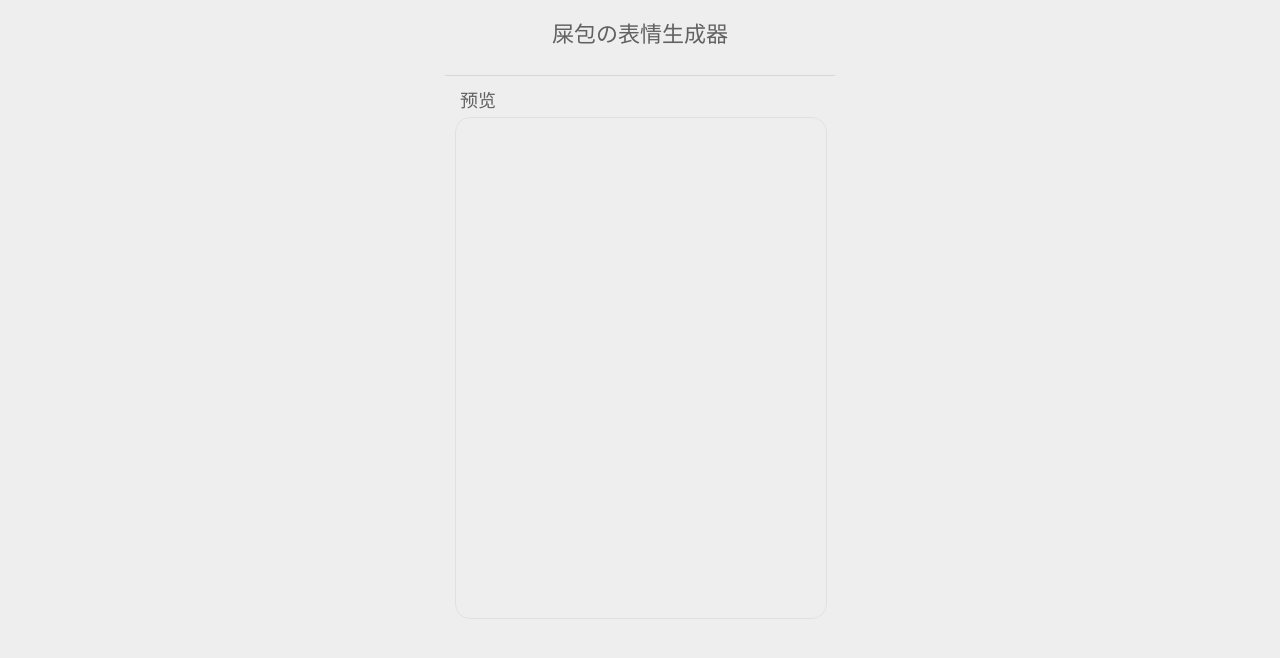
Repository: long-zuyang/shibao
Page: /
An editor plug-in stored every save of this project. The page is shown before and after the next save, followed by the edit.
The browser window is 1280 px wide. The pictures show the whole page.
The project was rebuilt for these pictures with package versions that can differ from the ones it lists, and the page was loaded fresh each time. Also part of the build but not shown: vite.config.ts.

Above is the page before, as saved 2023-06-29 21:05:48.
Console error (its wording comes from the project's code and is left out).

### src/main.tsx
import React from 'react';
import ReactDOM from 'react-dom/client';
import 'normalize.css';
import App from './App.tsx';

ReactDOM.createRoot(document.getElementById('root') as HTMLElement).render(
  <React.StrictMode>
    <App />
  </React.StrictMode>
);

### src/App.tsx
// import { useState } from 'react';
import { Flex, Image } from 'react-vant';
import React, { useRef, useEffect } from 'react';
import './App.less';

import CanvasDrow from './components/CanvasDraw';

// function App() {
//   // const [count, setCount] = useState(0);
//   // console.log(document.getElementById('cvs'));

// }

class App extends React.Component {
  state = {};

  componentDidMount() {
    // console.log(document.getElementById('cvs'));
  }

  render() {
    console.log('渲染');

    return (
      <div className="main">
        <div className="top">
          <div className="name">屎包の表情生成器</div>
        </div>
        <div className="container">
          <span className="tips">预览</span>
          <CanvasDrow />
        </div>
      </div>
    );
  }
}

export default App;

### src/App.less
html,
body {
  background-color: #eee;
  .main {
    width: 390px;
    margin: 0 auto;
    .top {
      height: 75px;
      position: relative;
      border-bottom: 1px solid rgb(219, 214, 214);
      .name {
        color: #616161;
        font-size: 22px;
        text-align: center;
        position: absolute;
        width: 100%;
        padding-top: 22px;
        font-family: 微软雅黑;
      }
    }
    .container {
      margin-top: 15px;
      padding: 0 10px;
      .tips {
        font-size: 18px;
        margin: 0px 5px;
        color: #616161;
        font-family: 微软雅黑;
      }
      canvas {
        margin-top: 5px;
        height: 500px;
        width: 370px;
        border: 1px solid rgba(223, 223, 223, 0.9);
        border-radius: 15px;
      }
    }
  }
}

### src/components/CanvasDraw.tsx
import { useRef, useEffect } from 'react';
import BaseImg from '../assets/base.jpg';

function CanvasDrow() {
  const canvasRef = useRef<HTMLCanvasElement>(null);

  useEffect(() => {
    if (!canvasRef.current) {
      return;
    }

    const canvas = canvasRef.current;
    const ctx = canvas.getContext('2d');

    // 创建头像图片
    const headImg = new Image();
    headImg.src = BaseImg;

    // 图片加载完成后绘制图片
    headImg.onload = () => {
      ctx?.drawImage(headImg,);
    };
  }, []);

  return <canvas ref={canvasRef} />;
}

export default CanvasDrow;

Loaded but not shown: index.html (common file)

After the next save:
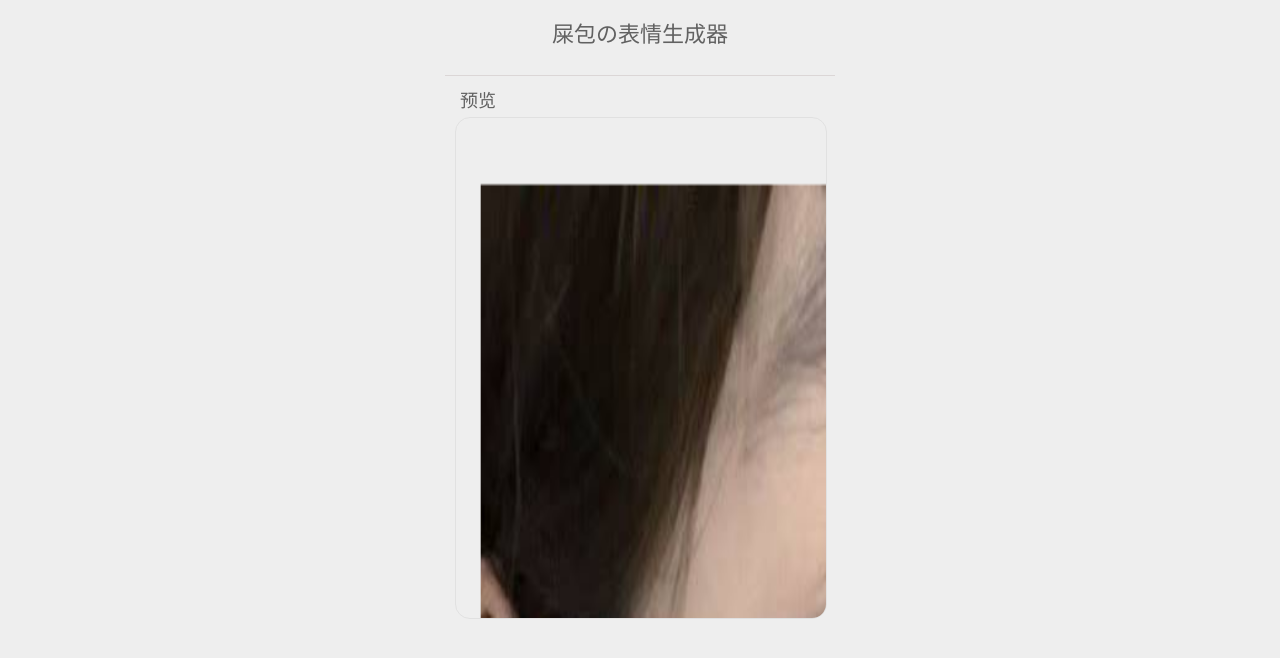
The error is gone.
Saved 10 s later.
--- a/src/components/CanvasDraw.tsx
+++ b/src/components/CanvasDraw.tsx
@@ -18,7 +18,7 @@ function CanvasDrow() {
 
     // 图片加载完成后绘制图片
     headImg.onload = () => {
-      ctx?.drawImage(headImg,);
+      ctx?.drawImage(headImg, 20, 20);
     };
   }, []);
 
